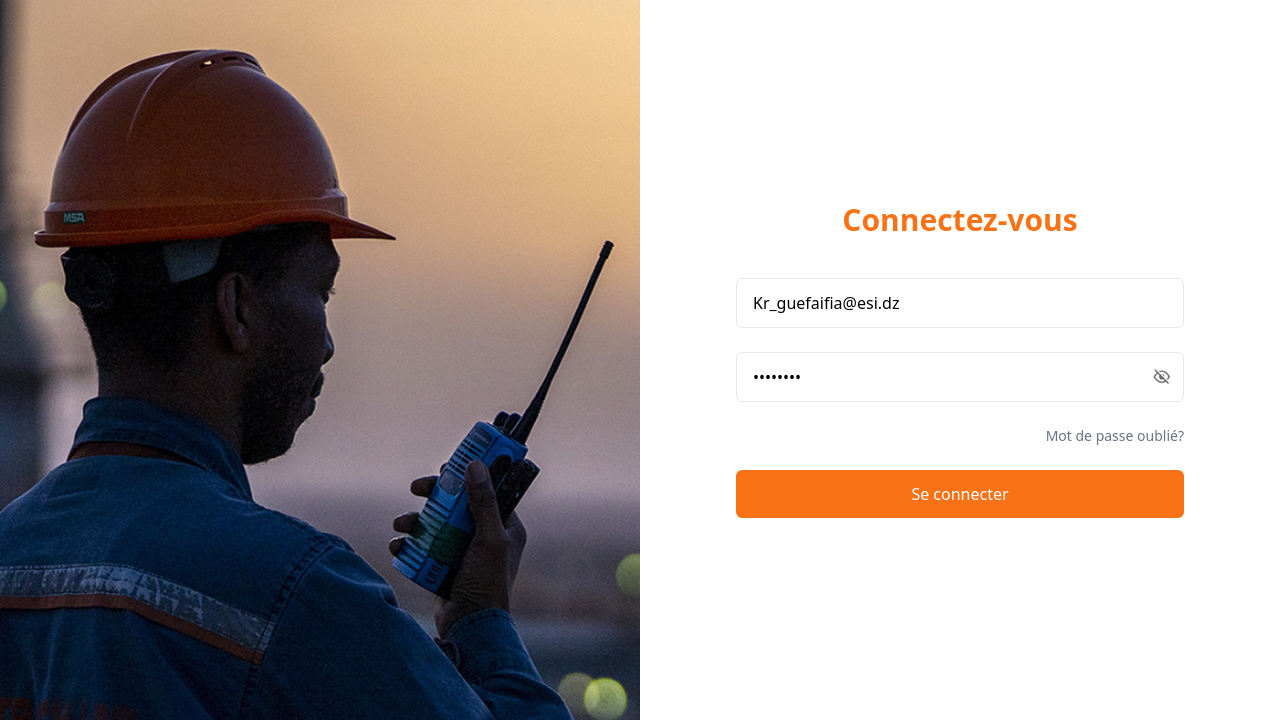
Repository: 123455675848484848484884848484/Projet_2cs
Page: / (app in front/)
An editor plug-in stored every save of this project. The page is shown before and after the next save, followed by the edit.
The browser window is 1280 px wide. The pictures show the whole page.
The project was rebuilt for these pictures with package versions that can differ from the ones it lists, and the page was loaded fresh each time. Also part of the build but not shown: front/src/App.css.

Above is the page before, as saved 2025-04-20 11:57:30.

After the next save:
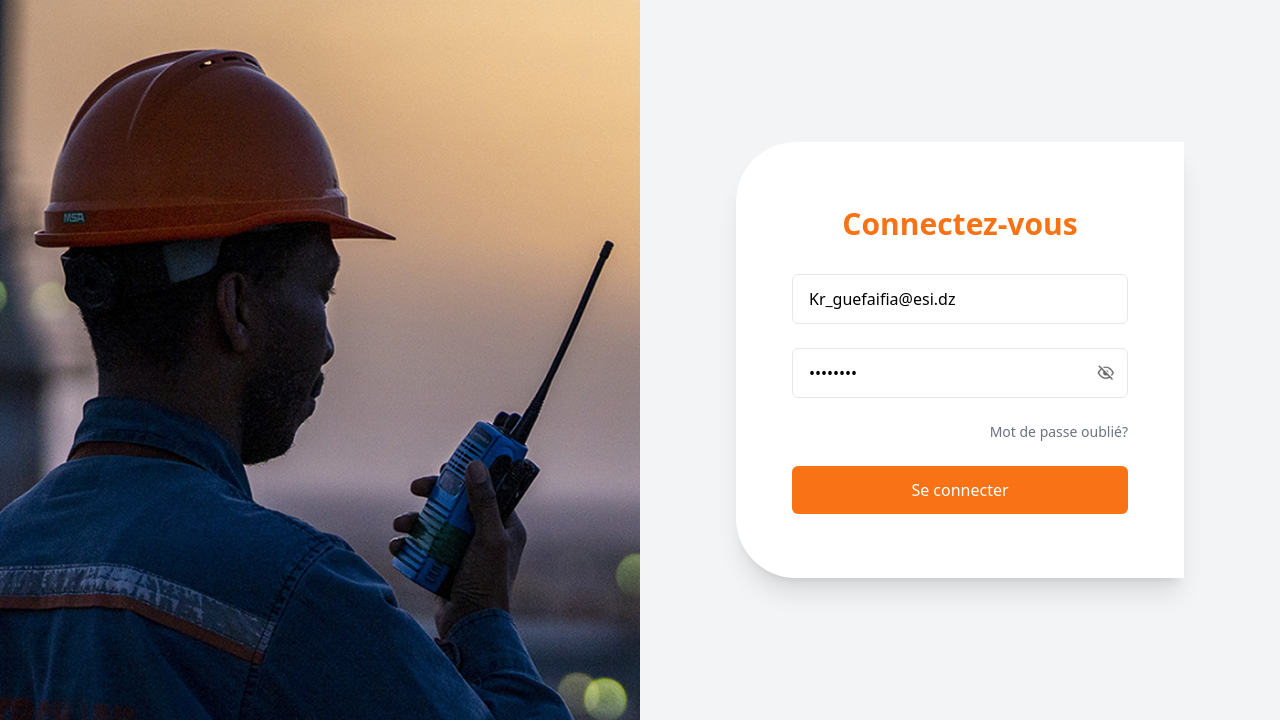
Saved 2 min 26 s later.
--- a/front/src/Login.jsx
+++ b/front/src/Login.jsx
@@ -16,86 +16,78 @@ const Login = () => {
   };
 
   return (
-    <div className="h-screen w-screen bg-gray-100 flex">
-      {/* Image gauche */}
+    <div className="h-screen w-screen flex bg-gray-100">
+      {/* Image à gauche */}
       <div className="w-1/2 h-full">
         <img
           src="/login.png"
           alt="worker"
           className="w-full h-full object-cover"
-          id="login-image"
         />
       </div>
 
-      {/* Formulaire */}
-      <div className="w-1/2 h-full flex flex-col justify-center items-center px-16 bg-white">
-        <h2 className="text-3xl font-bold text-orange-500 mb-10 text-center" id="login-title">
-          Connectez-vous
-        </h2>
+      {/* Formulaire arrondi */}
+      <div className="w-1/2 h-full flex items-center justify-center">
+        <div className="bg-white rounded-l-[60px] shadow-xl px-14 py-16 w-full max-w-md">
+          <h2 className="text-3xl font-bold text-orange-500 mb-8 text-center">
+            Connectez-vous
+          </h2>
 
-        <form className="w-full max-w-md space-y-6" onSubmit={handleSubmit} id="login-form">
-          {/* Email */}
-          <div>
-            <label htmlFor="email-input" className="sr-only">Email</label>
-            <input
-              id="email-input"
-              type="email"
-              placeholder="Email"
-              value={email}
-              onChange={(e) => setEmail(e.target.value)}
-              className="w-full px-4 py-3 border rounded-md focus:outline-none focus:ring-2 focus:ring-orange-400"
-            />
-            {error && (
-              <p className="text-red-500 text-sm mt-1" id="email-error">
-                {error}
-              </p>
-            )}
-          </div>
+          <form className="space-y-6" onSubmit={handleSubmit}>
+            {/* Email */}
+            <div>
+              <input
+                type="email"
+                placeholder="Email"
+                value={email}
+                onChange={(e) => setEmail(e.target.value)}
+                className="w-full px-4 py-3 border rounded-md focus:outline-none focus:ring-2 focus:ring-orange-400"
+              />
+              {error && (
+                <p className="text-red-500 text-sm mt-1">{error}</p>
+              )}
+            </div>
 
-          {/* Mot de passe */}
-          <div className="relative">
-            <label htmlFor="password-input" className="sr-only">Mot de passe</label>
-            <input
-              id="password-input"
-              type={showPassword ? "text" : "password"}
-              placeholder="Mot de passe"
-              defaultValue="password"
-              className="w-full px-4 py-3 border rounded-md focus:outline-none focus:ring-2 focus:ring-orange-400"
-            />
-            <span
-              id="toggle-password-visibility"
-              onClick={() => setShowPassword(!showPassword)}
-              className="absolute inset-y-0 right-3 flex items-center cursor-pointer"
+            {/* Mot de passe */}
+            <div className="relative">
+              <input
+                type={showPassword ? "text" : "password"}
+                placeholder="Mot de passe"
+                defaultValue="password"
+                className="w-full px-4 py-3 border rounded-md focus:outline-none focus:ring-2 focus:ring-orange-400"
+              />
+              <span
+                onClick={() => setShowPassword(!showPassword)}
+                className="absolute inset-y-0 right-3 flex items-center cursor-pointer"
+              >
+                {showPassword ? (
+                  <span className="text-gray-500 text-lg">👁️</span>
+                ) : (
+                  <img
+                    src="/icon.png"
+                    alt="hidden"
+                    className="w-5 h-5"
+                  />
+                )}
+              </span>
+            </div>
+
+            {/* Mot de passe oublié */}
+            <div className="text-right text-sm text-gray-500">
+              <a href="#" className="hover:underline">
+                Mot de passe oublié?
+              </a>
+            </div>
+
+            {/* Bouton */}
+            <button
+              type="submit"
+              className="w-full bg-orange-500 hover:bg-orange-600 text-white font-medium py-3 rounded-md transition"
             >
-              {showPassword ? (
-                <span className="text-gray-500 text-lg">👁️</span>
-              ) : (
-                <img
-                  src="/icon.png"
-                  alt="hidden"
-                  className="w-5 h-5"
-                  id="hidden-icon"
-                />
-              )}
-            </span>
-          </div>
-
-          {/* Lien oublié */}
-          <div className="text-right text-sm text-gray-500">
-            <a href="#" className="hover:underline" id="forgot-password-link">
-              Mot de passe oublié?
-            </a>
-          </div>
-
-          {/* Bouton */}
-          <button
-            id="submit-login-button"
-            type="submit"
-            className="w-full bg-orange-500 hover:bg-orange-600 text-white font-medium py-3 rounded-md transition"
-          >
-            Se connecter
-          </button>
-        </form>
+              Se connecter
+            </button>
+          </form>
+        </div>
       </div>
     </div>
   );
